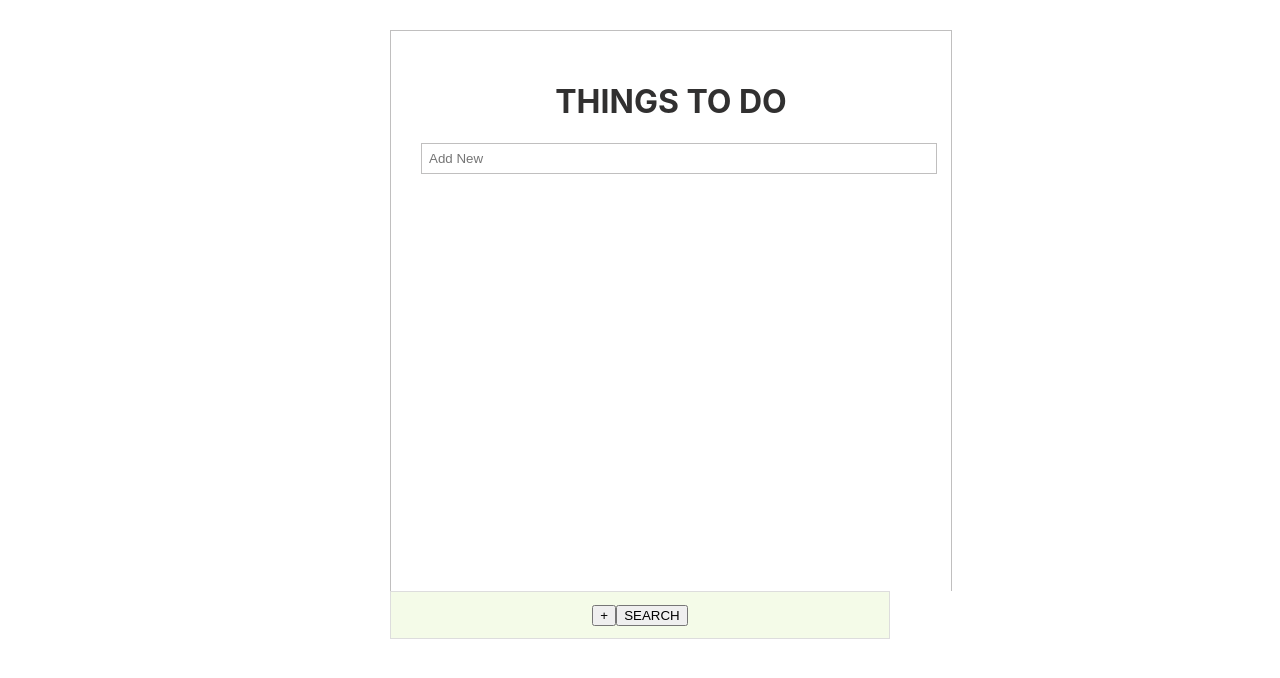
Repository: kirangautam45/To-Do-Application
Page: /
An editor plug-in stored every save of this project. The page is shown before and after a run of saves, followed by the edit.
The browser window is 1280 px wide. The pictures show the whole page.
The project was rebuilt for these pictures with package versions that can differ from the ones it lists, and the page was loaded fresh each time.

Above is the page before, as saved 2022-08-11 12:16:16.

After the next 2 saves:
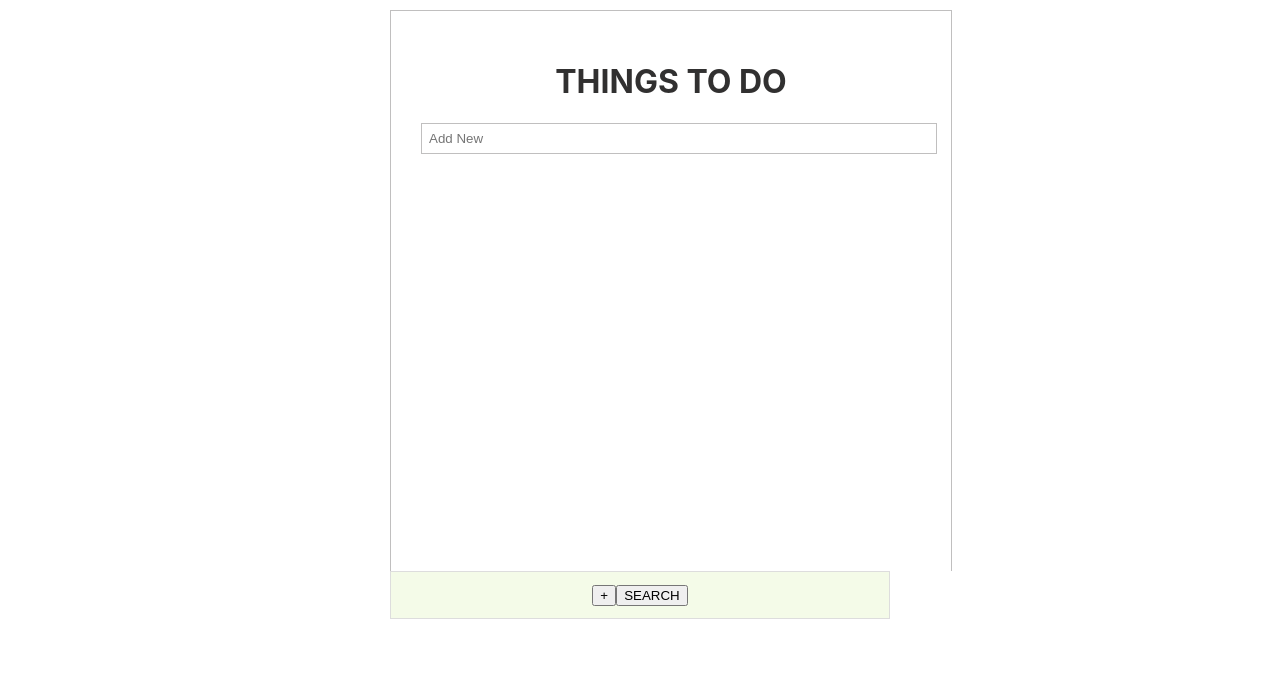
The 2 saves are shown as one change because they came seconds apart.
The last was saved 10 s later.
--- a/src/App.css
+++ b/src/App.css
@@ -1,7 +1,7 @@
 .Body {
   background-color: #ccc;
   width: 500px;
- margin: 30px auto;
+ margin: 10px auto;
 display: 'flex';
 text-align: center;
 content: normal;
